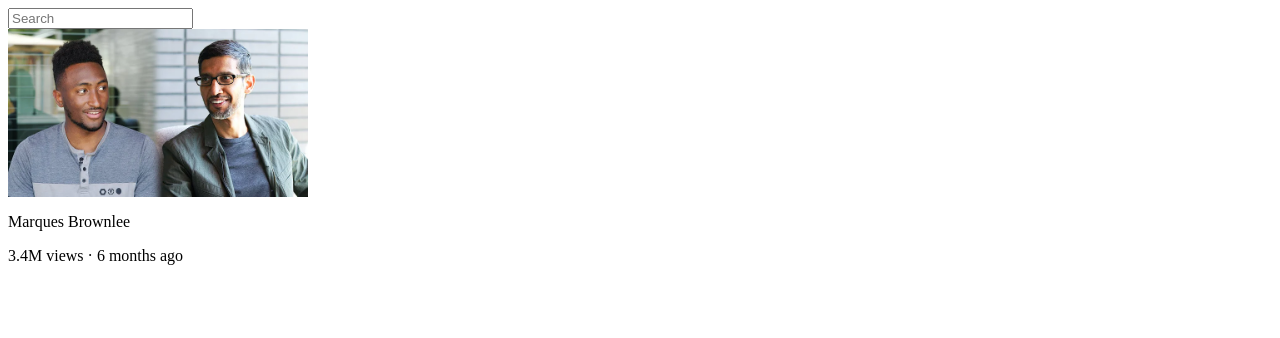
Repository: knowledgeAlan/html-css-nine
Page: youtube.html
An editor plug-in stored every save of this project. The page is shown before and after the next save, followed by the edit.
The browser window is 1280 px wide. The pictures show the whole page.

Above is the page before, as saved 2024-03-05 18:31:27.

After the next save:
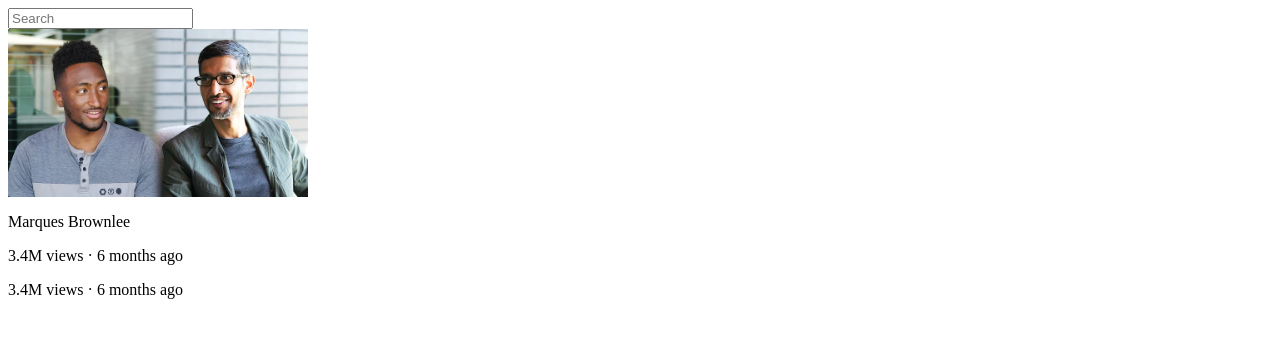
Saved 23 h 46 min later.
--- a/youtube.html
+++ b/youtube.html
@@ -25,15 +25,25 @@
 
         <input class="searh-bar" type="text" placeholder="Search">
 
-        <img class="thumbnail" src="thumbnails/thumbnail.png" alt="Dinosaur"/>
+        <div class="video-preview">
 
-        <p class="video-title">
-            Marques Brownlee
-        </p>
+            <img class="thumbnail" src="thumbnails/thumbnail.png" alt="Dinosaur"/>
 
-        <p class="video-stats">
-            3.4M views &#183; 6 months ago
-        </p>
+            <p class="video-title">
+                Marques Brownlee
+            </p>
+
+            <p class="video-title">
+                3.4M views &#183; 6 months ago
+            </p>
+
+            <p class="video-stats">
+                3.4M views &#183; 6 months ago
+            </p>
+        </div>
+
+
+
     </body>
 </head>
 </html>
